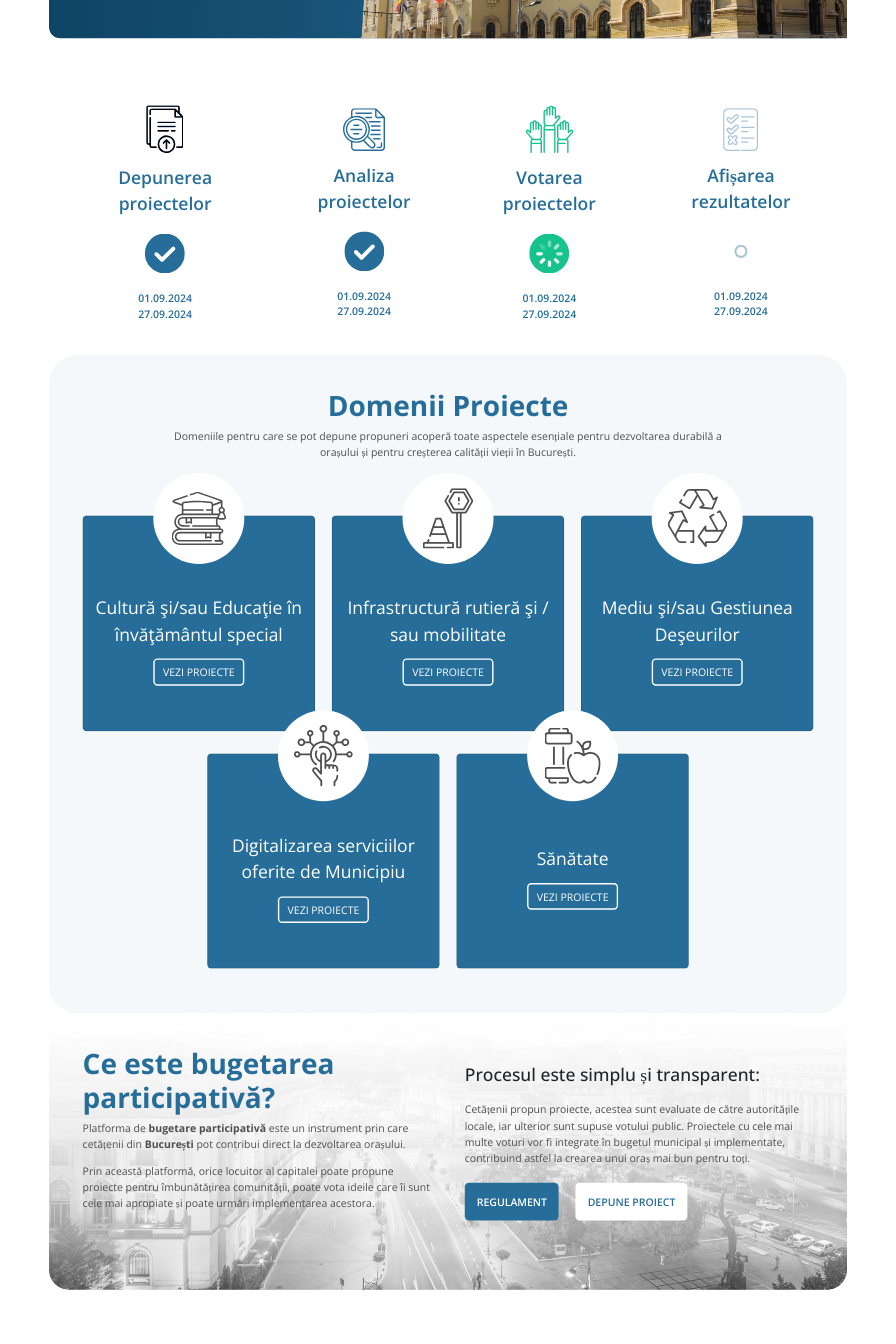
Repository: cosmin05072018/webis-task
Page: index.html
The author's editor kept a copy of each file at every save. The page is drawn from the files as they stood at one save, then again after the next save.
The browser window is 1280 px wide. The pictures show the part of the page from y = 722 to 2642 px (the page is 2642 px tall), at 70% of full size.

Above is the page before, as saved 2024-10-05 17:00:00.

### index.html
<!DOCTYPE html>
<html lang="en">
<head>
    <meta charset="UTF-8">
    <meta name="viewport" content="width=device-width, initial-scale=1.0">
    <title>Platforma-Bugetare</title>
    <link href="https://cdn.jsdelivr.net/npm/bootstrap@5.3.3/dist/css/bootstrap.min.css" rel="stylesheet" integrity="sha384-QWTKZyjpPEjISv5WaRU9OFeRpok6YctnYmDr5pNlyT2bRjXh0JMhjY6hW+ALEwIH" crossorigin="anonymous">
    <link rel="stylesheet" href="./assets/css/style.css">
</head>
<body>
<div class="container-fluid p-0 navbar-top">
  <div class="container p-3">
    <div class="d-flex justify-content-between align-items-center">
      <div class="d-flex left-section info-top">
        <div class="d-flex align-items-center gap-2 location-section">
          <img class="location" src="./assets/images/location.png" alt="location">
          <p class="text-white m-0">B-dul Regina Elisabeta, Nr. 47, Sector 5, Bucuresti</p>
        </div>
        <div class="p-3 d-flex align-items-center gap-2 mail-section">
          <img class="mail" src="./assets/images/mail.png" alt="location">
          <p class="text-white m-0">relatiipublice@pmb.ro</p>
        </div>
      </div>
      <div class="right-section d-none d-xl-flex">
        <div class="dropdown">
          <button class="btn rounded dropdown-toggle" type="button" id="dropdownMenuButton1" data-bs-toggle="dropdown" aria-expanded="false">
            PARTICIPĂ
          </button>
          <ul class="dropdown-menu" aria-labelledby="dropdownMenuButton1">
            <li><a class="dropdown-item" href="#">Depune un proiect</a></li>
            <li><a class="dropdown-item" href="#">Proiectele mele</a></li>
            <li><a class="dropdown-item" href="#">Proiecte favorite</a></li>
          </ul>
        </div>
          <a href="#" class="btn">AUTENTIFICARE</a>
          <a href="#" class="btn">CREEAZĂ CONT</a>
      </div>
    </div>
  </div>
</div>
<div class="container navbar-middle">
  <nav class="navbar navbar-expand-lg p-0 justify-content-between">
    <div class="container-fluid py-4">
      <div class="logo">
        <img src="./assets/images/logo-blue.png" alt="logo">
      </div>
      <button class="navbar-toggler border-0" type="button" data-bs-toggle="collapse" data-bs-target="#navbarSupportedContent" aria-controls="navbarSupportedContent" aria-expanded="false" aria-label="Toggle navigation">
        <span class="navbar-toggler-icon"></span>
      </button>
      <div class="collapse navbar-collapse" id="navbarSupportedContent">
        <ul class="navbar-nav mb-2 mb-lg-0 ms-auto">
          <li class="nav-item">
            <a class="nav-link active" aria-current="page" href="#">Acasă</a>
          </li>
          <li class="nav-item">
            <a class="nav-link" href="#">Domenii proiecte</a>
          </li>
          <li class="nav-item">
            <a class="nav-link" href="#">Rezultate</a>
          </li>
          <li class="nav-item">
            <a class="nav-link" href="#">Sesiuni anterioare</a>
          </li>
          <li class="nav-item d-none d-lg-block">
            <a class="nav-link" href="#">Informații suplimentare</a>
          </li>
          <div class="dropdown d-block d-lg-none">
            <button class="btn dropdown-toggle rounded-0" type="button" id="dropdownMenuButton1" data-bs-toggle="dropdown" aria-expanded="false">
              Informații suplimentare
            </button>
            <ul class="dropdown-menu border-0" aria-labelledby="dropdownMenuButton1">
              <li><a class="dropdown-item" href="#">Despre</a></li>
              <li><a class="dropdown-item" href="#">Descrierea etapelor</a></li>
              <li><a class="dropdown-item" href="#">Întrebări frecvente</a></li>
              <li><a class="dropdown-item" href="#">Regulament</a></li>
            </ul>
          </div>
          <div class="dropdown d-block d-lg-none">
            <button class="btn dropdown-toggle rounded-0" type="button" id="dropdownMenuButton1" data-bs-toggle="dropdown" aria-expanded="false">
              Participă
            </button>
            <ul class="dropdown-menu border-0" aria-labelledby="dropdownMenuButton1">
              <li><a class="dropdown-item" href="#">Depune un proiect</a></li>
              <li><a class="dropdown-item" href="#">Proiectele mele</a></li>
              <li><a class="dropdown-item" href="#">Proiecte favorite</a></li>
            </ul>
          </div>
        </ul>
        <div class="d-flex d-lg-none align-items-center justify-content-center py-4 px-3 gap-3">
          <a href="#">
            <button class="btn create-account">CREEAZĂ CONT</button>
          </a>
          <a href="#">
            <button class="btn autentification">AUTENTIFICARE</button>
          </a>
        </div>
      </div>
    </div>
  </nav>
</div>
<div class="container d-flex hero-section">
  <div class="left-section d-flex flex-column gap-3">
    <h1 class="text-white title-hero">Bugetarea <br> Participativă</h1>
    <p class="subtitle text-white">A MUNICIPIULUI <span class="fw-bold">BUCUREȘTI</span></p>
    <p class="content text-white">
      Instrument online dedicat cetățenilor pentru a <br> propune și vota proiecte de investiții care să fie <br> finanțate din bugetul municipal.
    </p>
    <div class="d-flex buttons gap-4">
      <a href="#" class="btn">DEPUNE PROIECT</a>
      <a href="#" class="btn">ÎNTREBĂRI FRECVENTE</a>
    </div>
  </div>
  <div class="right-section">
    <img src="./assets/images/hero-image.png" alt="hero-image">
  </div>
</div>
<div class="container steper mt-3 d-flex align-items-center justify-content-around mt-5">
  <div class="step d-flex flex-column align-items-center justify-content-center py-5">
    <img class="step-img" src="./assets/images/depunere-proiect.svg" alt="depunere-proiect">
    <div class="title row pt-3">
      <div class="col-12">Depunerea</div>
      <div class="col-12">proiectelor</div>
    </div>
    <img src="./assets/images/checked.svg" alt="checked" class="checked-step py-4">
    <div class="date">
      <div class="start">01.09.2024</div>
      <div class="finish">27.09.2024</div>
    </div>
  </div>
  <div class="step d-flex flex-column align-items-center justify-content-center  py-5">
    <img class="step-img" src="./assets/images/analiza-proiectelor.svg" alt="analiza-proiectelor">
    <div class="title row pt-3">
      <div class="col-12">Analiza</div>
      <div class="col-12">proiectelor</div>
    </div>
    <img src="./assets/images/checked.svg" alt="checked" class="checked-step py-4">
    <div class="date">
      <div class="start">01.09.2024</div>
      <div class="finish">27.09.2024</div>
    </div>
  </div>
  <div class="step d-flex flex-column align-items-center justify-content-center  py-5">
    <img class="step-img" src="./assets/images/votarea-proiectelor.svg" alt="votarea-proiectelor">
    <div class="title row pt-3">
      <div class="col-12">Votarea</div>
      <div class="col-12">proiectelor</div>
    </div>
    <img src="./assets/images/loader.svg" alt="loader" class="loader-step py-4">
    <div class="date">
      <div class="start">01.09.2024</div>
      <div class="finish">27.09.2024</div>
    </div>
  </div>
  <div class="step d-flex flex-column align-items-center justify-content-center  py-5">
    <img class="step-img" src="./assets/images/afisarea-rezultatelor.svg" alt="afisarea-rezultatelor">
    <div class="title row pt-3">
      <div class="col-12">Afișarea</div>
      <div class="col-12">rezultatelor</div>
    </div>
    <div class="circle d-flex align-items-center justify-content-center">
      <img src="./assets/images/finish-step.svg" alt="finish-step" class="finish-step py-4">
    </div>
    <div class="date">
      <div class="start">01.09.2024</div>
      <div class="finish">27.09.2024</div>
    </div>
  </div>
</div>
<div class="container p-5 domains-projects">
  <h2 class="text-center">Domenii Proiecte</h2>
  <div class="d-flex align-items-center justify-content-center">
    <p class="text-center">Domeniile pentru care se pot depune propuneri acoperă toate aspectele esențiale pentru dezvoltarea durabilă a orașului și pentru creșterea calității vieții în București.</p>
  </div>
  <div class="row d-flex justify-content-center mt-5">
    <div class="col-sm-4 my-3">
      <div class="card py-5">
        <div class="card-body d-flex flex-column align-items-center justify-content-center">
          <div class="domain-image d-flex align-items-center justify-content-center">
            <img src="./assets/images/cultura.svg" alt="cultura">
          </div>
          <p class="card-text mt-5">Cultură şi/sau Educaţie în învăţământul special</p>
          <a href="#" class="btn">VEZI PROIECTE</a>
          <img class="bg-domain-image" src="./assets/images/bg-cultura.svg" alt="cultura">
        </div>
      </div>
    </div>
    <div class="col-sm-4 my-3">
      <div class="card py-5">
        <div class="card-body d-flex flex-column align-items-center justify-content-center">
          <div class="domain-image d-flex align-items-center justify-content-center">
            <img src="./assets/images/infrastructura.svg" alt="cultura">
          </div>
          <p class="card-text mt-5">Infrastructură rutieră şi / sau mobilitate</p>
          <a href="#" class="btn">VEZI PROIECTE</a>
          <img class="bg-domain-image" src="./assets/images/infrastructura-bg.svg" alt="cultura">
        </div>
      </div>
    </div>
    <div class="col-sm-4 my-3">
      <div class="card py-5">
        <div class="card-body d-flex flex-column align-items-center justify-content-center">
          <div class="domain-image d-flex align-items-center justify-content-center">
            <img src="./assets/images/mediu.svg" alt="cultura">
          </div>
          <p class="card-text mt-5">Mediu şi/sau Gestiunea Deşeurilor</p>
          <a href="#" class="btn">VEZI PROIECTE</a>
          <img class="bg-domain-image" src="./assets/images/mediu-bg.svg" alt="cultura">
        </div>
      </div>
    </div>
    <div class="col-sm-4 my-3">
      <div class="card py-5">
        <div class="card-body d-flex flex-column align-items-center justify-content-center">
          <div class="domain-image d-flex align-items-center justify-content-center">
            <img src="./assets/images/digitalizare.svg" alt="cultura">
          </div>
          <p class="card-text mt-5">Digitalizarea serviciilor oferite de Municipiu</p>
          <a href="#" class="btn">VEZI PROIECTE</a>
          <img class="bg-domain-image" src="./assets/images/digitalizare-bg.svg" alt="cultura">
        </div>
      </div>
    </div>
    <div class="col-sm-4 my-3">
      <div class="card py-5 h-100">
        <div class="card-body d-flex flex-column align-items-center justify-content-center">
          <div class="domain-image d-flex align-items-center justify-content-center">
            <img src="./assets/images/sanatate.svg" alt="cultura">
          </div>
          <p class="card-text mt-5">Sănătate</p>
          <a href="#" class="btn">VEZI PROIECTE</a>
          <img class="bg-domain-image" src="./assets/images/sanatate-bg.svg" alt="cultura">
        </div>
      </div>
    </div>
  </div>
</div>

<div class="container info-section">
  <div class="row p-4">
    <div class="col-12 col-lg-6 p-4">
        <h2 class="title">Ce este bugetarea participativă?</h2>
        <div class="left-section flex-column gap-2">
          <p class="text">Platforma de <span>bugetare participativă</span> este un instrument prin care cetățenii din <span>București</span>
            pot contribui direct la dezvoltarea orașului.</p>
          <p class="text">Prin această platformă, orice locuitor al capitalei poate propune proiecte pentru îmbunătățirea comunității, poate
            vota ideile care îi sunt cele mai apropiate și poate urmări implementarea acestora.</p>
        </div>
    </div>
    <div class="right-section col-12 col-lg-6 mt-4 p-4">
        <h3 class="subtitle">Procesul este simplu și transparent:</h3>
        <p class="text mt-4">Cetățenii propun proiecte, acestea sunt evaluate de către autoritățile locale, iar ulterior sunt supuse votului public. Proiectele cu
          cele mai multe voturi vor fi integrate în bugetul municipal și implementate, contribuind astfel la crearea unui oraș mai bun pentru toți.
        </p>
        <div class="d-flex buttons gap-4 mt-4">
          <a href="#" class="btn">REGULAMENT</a>
          <a href="#" class="btn">DEPUNE PROIECT</a>
        </div>
    </div>
  </div>
</div>

<script src="https://cdn.jsdelivr.net/npm/bootstrap@5.3.3/dist/js/bootstrap.bundle.min.js" integrity="sha384-YvpcrYf0tY3lHB60NNkmXc5s9fDVZLESaAA55NDzOxhy9GkcIdslK1eN7N6jIeHz" crossorigin="anonymous"></script>
</body>
</html>

### assets/css/style.css
@import url("https://fonts.googleapis.com/css2?family=Open+Sans:ital,wght@0,300..800;1,300..800&display=swap");

:root {
  --bg-color: #266e99;
  --white: #ffffff;
  --text-blue: #266e99;
  --gray-color: #4f4f4f;
  --border-bottom: 2px solid #266e991a;
  --light-gray: #e8eef2;
  --green: #17c38c;
  --light-gray: rgba(38, 110, 153, 0.05);
}

* {
  font-family: Open Sans;
  box-sizing: border-box;
}

.navbar-top {
  background-color: var(--bg-color);
}

.location {
  width: 12px;
  height: 17px;
}

.navbar-top p {
  font-family: Open Sans;
  font-size: 15px;
  font-weight: 400;
  line-height: 19px;
  text-align: left;
}

.navbar-top .location {
  width: 12px;
  height: 17px;
}

.navbar-top .mail {
  width: 16px;
  height: 12px;
}

.right-section {
  gap: 16px;
}

.right-section .btn {
  border: 1.5px solid var(--white);
  font-weight: 600;
  font-family: Open Sans;
  font-size: 15px;
  line-height: 20.43px;
  padding: 12px 20px 13px 15px;
}

.right-section .btn:nth-child(1),
.right-section .btn:nth-child(2) {
  color: var(--white);
  font-size: 15px !important;
  transition: 0.5s ease-in-out;
}

.right-section .btn:nth-child(1):hover,
.right-section .btn:nth-child(2):hover {
  background-color: var(--white);
  color: var(--bg-color);
}

.right-section .btn:last-child {
  transition: 0.5s ease-in-out;
  color: var(--text-blue);
  background-color: var(--white);
}

.right-section .btn:last-child:hover {
  color: var(--white);
  background-color: var(--bg-color);
}

.right-section .dropdown .dropdown-menu {
  transform: translate3d(0px, 43px, 0px) !important;
  border: none !important;
  box-shadow: rgba(33, 35, 38, 0.1) 0px 10px 10px -5px;
  border-radius: 0px 0px 5px 5px;
}

.right-section .dropdown .dropdown-menu li a {
  font-weight: 600;
  font-size: 12px;
  text-align: center;
  color: var(--gray-color);
}

.right-section .dropdown-menu {
  width: 100%;
  min-width: inherit;
}

.navbar-middle .logo img {
  transition: transform 0.3s ease-in-out;
}

.navbar-middle .logo img:hover {
  transform: scale(0.8);
}

.location-section img:hover,
.location-section p:hover,
.mail-section img:hover,
.mail-section p:hover {
  opacity: 0.5;
  cursor: default;
}

.location-section img,
.location-section p,
.mail-section img,
.mail-section p {
  transition: 0.5s ease-in-out;
}

button.dropdown-toggle[aria-expanded="true"] {
  background-color: var(--white) !important;
  color: var(--bg-color) !important;
}

.navbar-middle ul li a {
  font-weight: 600;
  color: var(--gray-color);
}

.navbar-middle ul li:not(:first-child) {
  border-left: 2px solid var(--bg-color);
}

.navbar-middle .active {
  color: var(--bg-color) !important;
}

.nav-link {
  padding: 0px 15px !important;
}

.right-section ul li .dropdown-item:hover,
.nav-item .nav-link:hover {
  color: var(--bg-color);
  background: none;
}

.create-account {
  border: 2px solid var(--bg-color) !important;
  background-color: var(--white);
  color: var(--bg-color);
  font-weight: 800;
  font-family: Open Sans;
  font-size: 15px;
  padding: 12px 20px 13px 15px;
  transition: 0.5s ease-in;
}

.autentification {
  border: 2px solid var(--bg-color) !important;
  background-color: var(--bg-color);
  color: var(--white);
  font-weight: 800;
  font-family: Open Sans;
  font-size: 15px;
  padding: 12px 20px 13px 15px;
  transition: 0.5s ease-in;
}

.create-account:hover,
.autentification:hover {
  background-color: var(--gray-color);
  color: var(--white);
  border: 2px solid var(--gray-color) !important;
}

.hero-section {
  position: relative;
  border-radius: 1rem !important;
  background: linear-gradient(274.79deg, #266e99 5.12%, #0f4464 94.99%);
}

.title-hero {
  font-weight: 700;
  font-size: 70px;
}

.hero-section .subtitle {
  font-size: 30px;
}

.hero-section .left-section {
  padding: 70px 0px 70px 70px !important;
}

.right-section img {
  position: absolute !important;
  bottom: 0px;
  right: 0px;
  width: 65%;
}

.left-section .buttons a {
  font-weight: 600;
  padding: 17px;
  transition: 0.5s linear;
}

.left-section .buttons a:nth-child(1) {
  color: var(--bg-color);
  background-color: var(--white);
}

.left-section .buttons a:nth-child(2) {
  color: var(--white);
  background-color: var(--bg-color);
}

.left-section .buttons a:nth-child(1):hover {
  background: none !important;
  color: var(--white);
  border: 1px solid var(--white);
}

.left-section .buttons a:nth-child(2):hover {
  background-color: var(--white) !important;
  color: var(--bg-color);
}

.steper .step .title {
  color: var(--bg-color);
  font-weight: 600;
  font-size: 25px !important;
  text-align: center !important;
}

.steper .step .date {
  color: var(--bg-color);
  font-size: 15px;
  font-weight: 600;
}

.steper .step .circle {
  height: 105px;
}

.domains-projects {
  background-color: var(--light-gray);
  border-radius: 40px;
}

.domains-projects h2 {
  color: var(--bg-color);
  font-weight: 700;
  font-size: 40px;
}

.domains-projects p {
  color: var(--gray-color);
  font-size: 15px;
  font-weight: 400;
  width: 75%;
}

.domains-projects .card {
  background-color: var(--bg-color);
}

.domains-projects .card .domain-image {
  position: absolute;
  background-color: var(--white);
  border-radius: 50%;
  padding: 25px;
  width: 130px;
  height: 130px;
  margin-top: -300px;
  transition: 0.3s linear;
}

.domains-projects .card:hover .domain-image {
  margin-top: -320px;
}

.domains-projects .card p {
  color: var(--white);
  text-align: center;
  width: 100%;
  font-size: 25px;
}

.domains-projects .card a {
  border: 2px solid var(--white);
  color: var(--white);
  font-size: 15px;
  transition: 0.3s linear;
}

.domains-projects .card:hover a {
  color: var(--bg-color);
  background-color: var(--white);
}

.domains-projects .card .bg-domain-image {
  position: absolute;
  bottom: 0;
  right: 0;
  margin-bottom: 5px;
  color: var(--gray-color);
  display: none;
  transition: 0.3s linear;
}

.domains-projects .card:hover .bg-domain-image {
  display: block;
  transition: 1s;
}

.info-section {
  border-radius: 0px 0px 40px 40px;
  background-image: url("../images/bg-bugetarea-participativa.png");
  background-size: 100%;
  background-repeat: no-repeat;
  width: 100vw;
}

.info-section .row{
  padding-bottom: 150px !important;
}

.info-section .title{
  color: var(--bg-color);
  font-size: 40px;
  font-weight: 700;
  line-height: 48px;
}

.info-section .subtitle{
  font-size: 25px;
}

.info-section .right-section .text{
  font-size: 15px;
}

.info-section .text{
  color: var(--gray-color);
  font-size: 15px;
  line-height: 23px;
}

.info-section .text span{
  font-weight: 700;
}

.info-section .right-section .buttons a:nth-child(1){
  color: var(--white) !important;
  background-color: var(--bg-color) !important;
}

.info-section .right-section .buttons a{
  padding: 17px !important;
  transition: 0.5s linear;
  border: none !important;
  font-weight: 600 !important;
  font-size: 15px !important;
}

.info-section .right-section .buttons a:hover{
  color: var(--white) !important;
  background-color: var(--gray-color) !important;
}

@media (max-width: 1200px) {
  .left-section {
    flex-direction: column;
    gap: 10px;
  }

  button.dropdown-toggle[aria-expanded="true"] {
    background-color: var(--bg-color) !important;
    color: var(--white) !important;
  }

  .location-section,
  .mail-section {
    padding: 0 !important;
  }

  .navbar-middle {
    padding: 0px !important;
  }

  .navbar-middle .container-fluid {
    padding: 10px 0px 10px 0px !important;
  }

  .navbar-middle .nav-link,
  .navbar-middle ul button {
    padding: 12px 14px !important;
  }

  .navbar-middle ul ul {
    margin-left: 20px !important;
  }

  .navbar-middle ul ul li a:hover {
    color: var(--bg-color);
    background: none;
  }

  .navbar-middle ul ul li {
    border: none !important;
  }

  .logo {
    padding-right: calc(var(--bs-gutter-x) * 0.5);
    padding-left: calc(var(--bs-gutter-x) * 0.5);
  }

  .logo img {
    width: 100px;
    height: 32.98px;
  }

  .navbar-middle ul li .nav-link:hover,
  .navbar-middle ul button:hover {
    background-color: var(--bg-color) !important;
    color: var(--white) !important;
  }

  .navbar-middle ul li a {
    transition: 0.2s ease-in-out;
  }

  .bg-tablet-mobile {
    background-color: var(--light-gray) !important;
    height: 100px !important;
  }

  .hero-section {
    border-radius: 0px !important;
    width: 100%;
    max-width: 100%;
    padding-right: 0;
    padding-left: 0;
  }

  .hero-section .left-section {
    gap: 1px !important;
    z-index: 1;
  }

  .steper {
    flex-wrap: wrap !important;
  }

  .step {
    flex: 0 0 50%;
  }
}

@media (max-width: 990px) {
  .navbar-middle ul li,
  .navbar-middle ul button {
    border: none !important;
    border-bottom: var(--border-bottom) !important;
  }

  .navbar-middle ul button {
    width: 100%;
    text-align: left;
  }

  .navbar-middle ul li a,
  .navbar-middle .d-lg-none button {
    font-size: 15px;
    font-weight: 600;
    line-height: 20.43px;
  }

  .navbar-middle .d-lg-none button {
    border: none;
  }

  .navbar-middle {
    padding: 0px !important;
  }

  .navbar-middle .container-fluid {
    padding: 10px 0px 10px 0px !important;
  }

  .hero-section {
    border-radius: 0px !important;
    width: 100%;
    max-width: 100%;
    padding-right: 0;
    padding-left: 0;
  }

  .hero-section .left-section h1 {
    font-size: 40px !important;
  }

  .hero-section .left-section .subtitle {
    font-size: 18px !important;
  }

  .hero-section .left-section .content {
    font-size: 14px !important;
  }

  .hero-section .left-section .buttons {
    flex-direction: column-reverse !important;
  }

  .hero-section .left-section .buttons a {
    font-size: 15px !important;
    padding: 15px 17px !important;
  }

  .hero-section .left-section .buttons a:nth-child(1) {
    width: 70%;
  }

  .hero-section .left-section .buttons a:nth-child(2) {
    width: 90%;
    background: none;
    border: 1px solid var(--white);
  }

  .hero-section .left-section .buttons a:nth-child(2):hover {
    background: var(--white) !important;
  }

  .hero-section .left-section {
    padding: 50px 0px 180px 30px !important;
  }

  .hero-section .right-section img {
    width: 90%;
  }
}

After the next save:
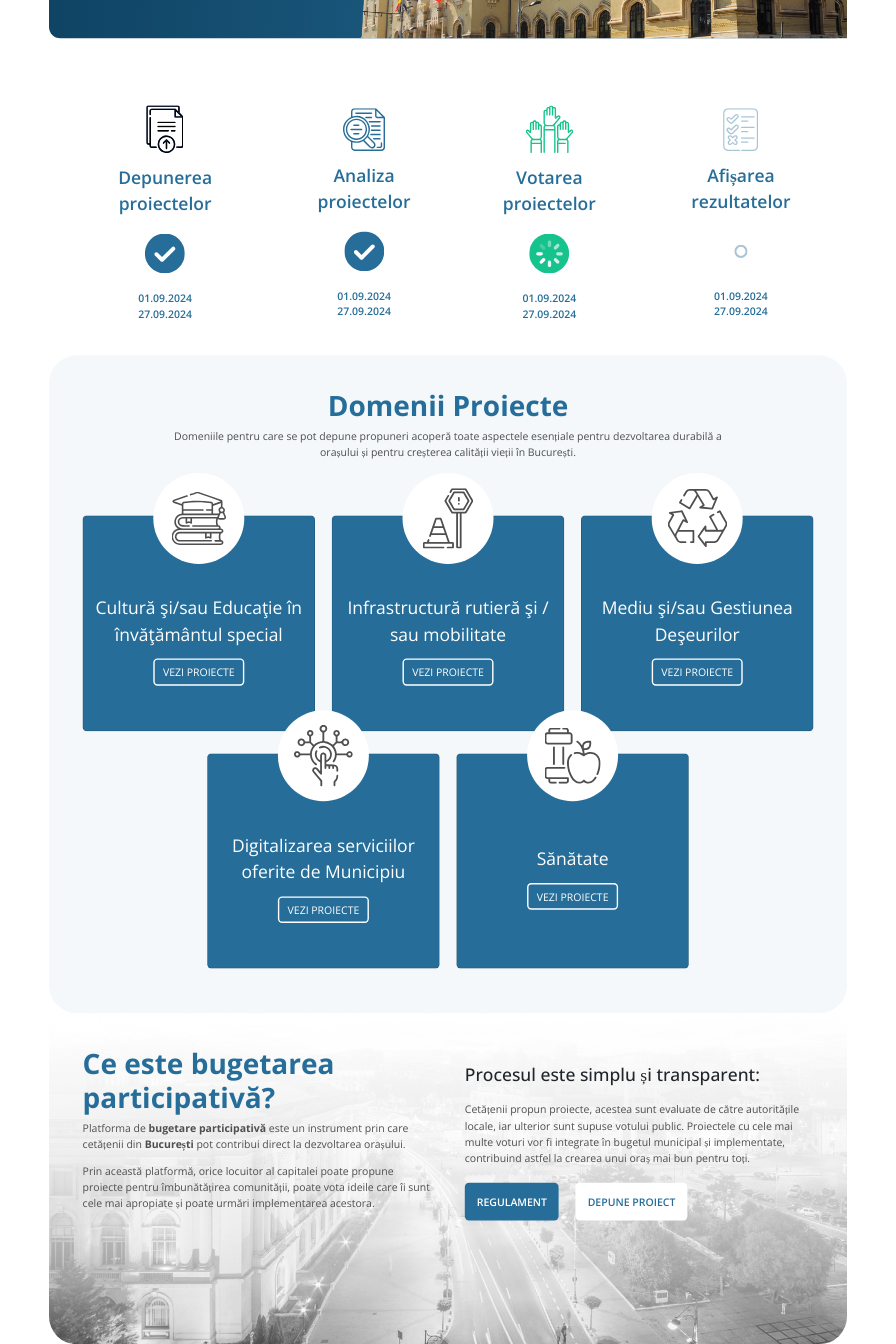
Saved 5 min 35 s later.
--- a/assets/css/style.css
+++ b/assets/css/style.css
@@ -323,7 +323,7 @@
 .info-section {
   border-radius: 0px 0px 40px 40px;
   background-image: url("../images/bg-bugetarea-participativa.png");
-  background-size: 100%;
+  background-size: cover;
   background-repeat: no-repeat;
   width: 100vw;
 }
